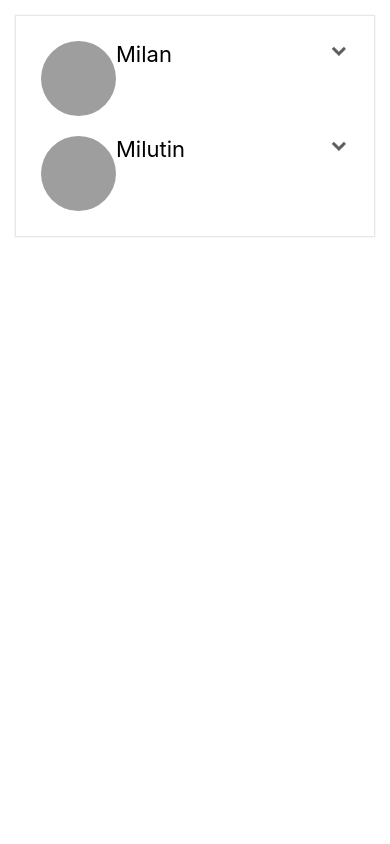
Repository: likanbl/intern-feature
Screen: /
The author's editor kept a copy of each file at every save. The screen is drawn from the files as they stood at one save, then again after the next save.
Pictures or frames that could not be fetched are drawn as grey boxes. The app was drawn by React Native's web renderer in a window 390 px wide. The project was rebuilt for these pictures with package versions that can differ from the ones it lists, and the page was loaded fresh each time.

Above is the screen before, as saved 2019-09-11 15:02:45.

After the next save:
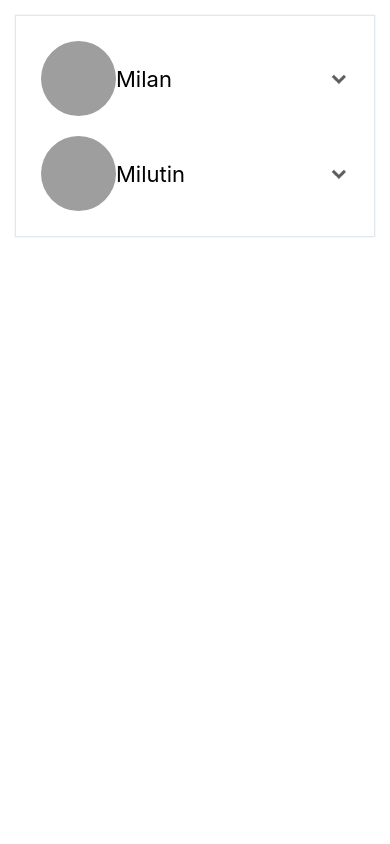
Saved 39 s later.
--- a/src/components/home/HomeItem.js
+++ b/src/components/home/HomeItem.js
@@ -68,6 +68,7 @@ const styles = StyleSheet.create({
   titleContainer: {
     flexDirection: 'row',
     justifyContent: 'space-around',
+    alignItems: 'center',
   },
   title: {
     flex: 1,
